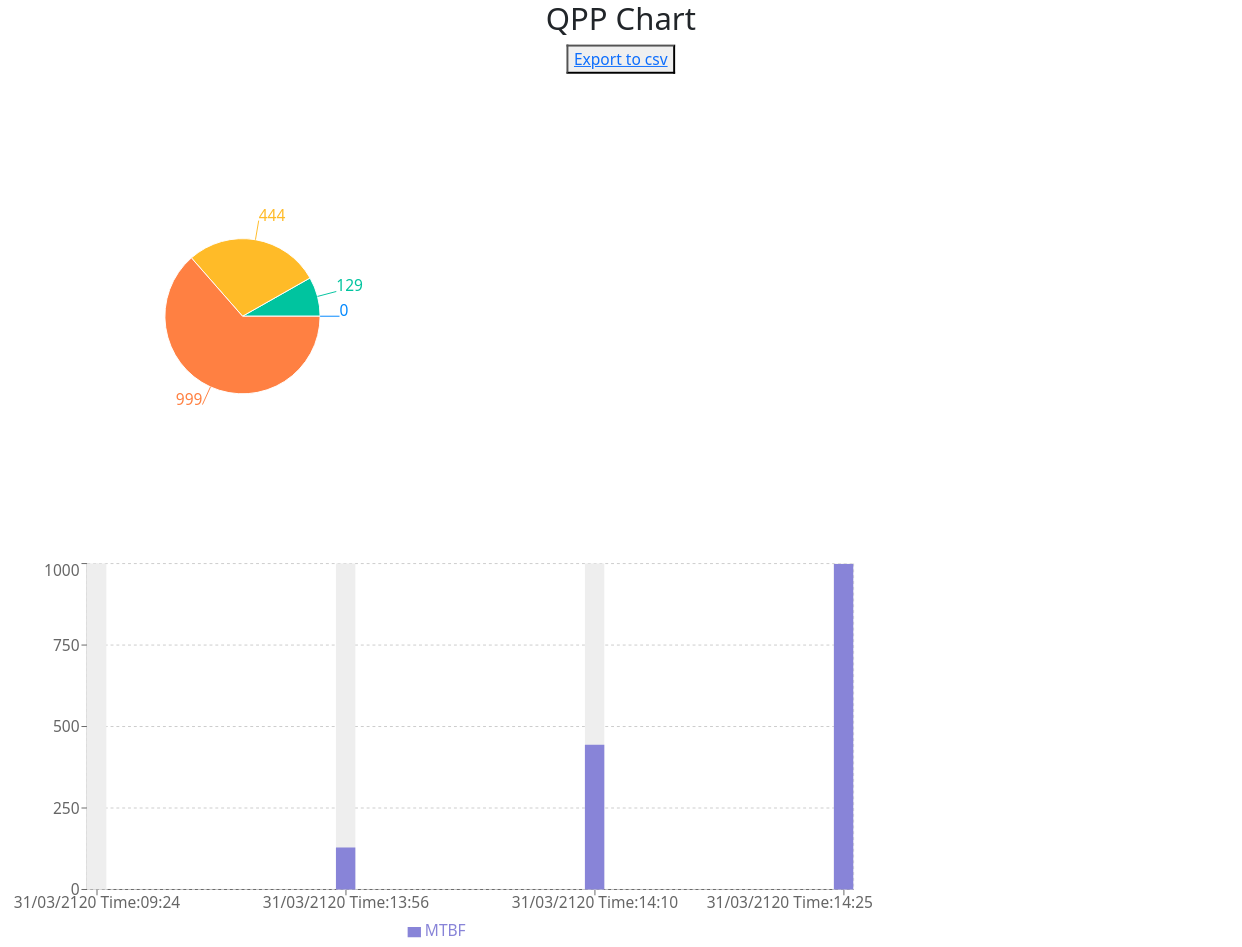
Repository: exiled-kal/ReactChartPrac
Page: /
The author's editor kept a copy of each file at every save. The page is drawn from the files as they stood at one save, then again after a run of saves.
The browser window is 1280 px wide. The pictures show the whole page, at 97% of full size.
The pointer rests on the first visible `.csv__button`.
The project was rebuilt for these pictures with package versions that can differ from the ones it lists, and the page was loaded fresh each time.

Above is the page before, as saved 2021-04-18 19:52:18.

After the next 2 saves:
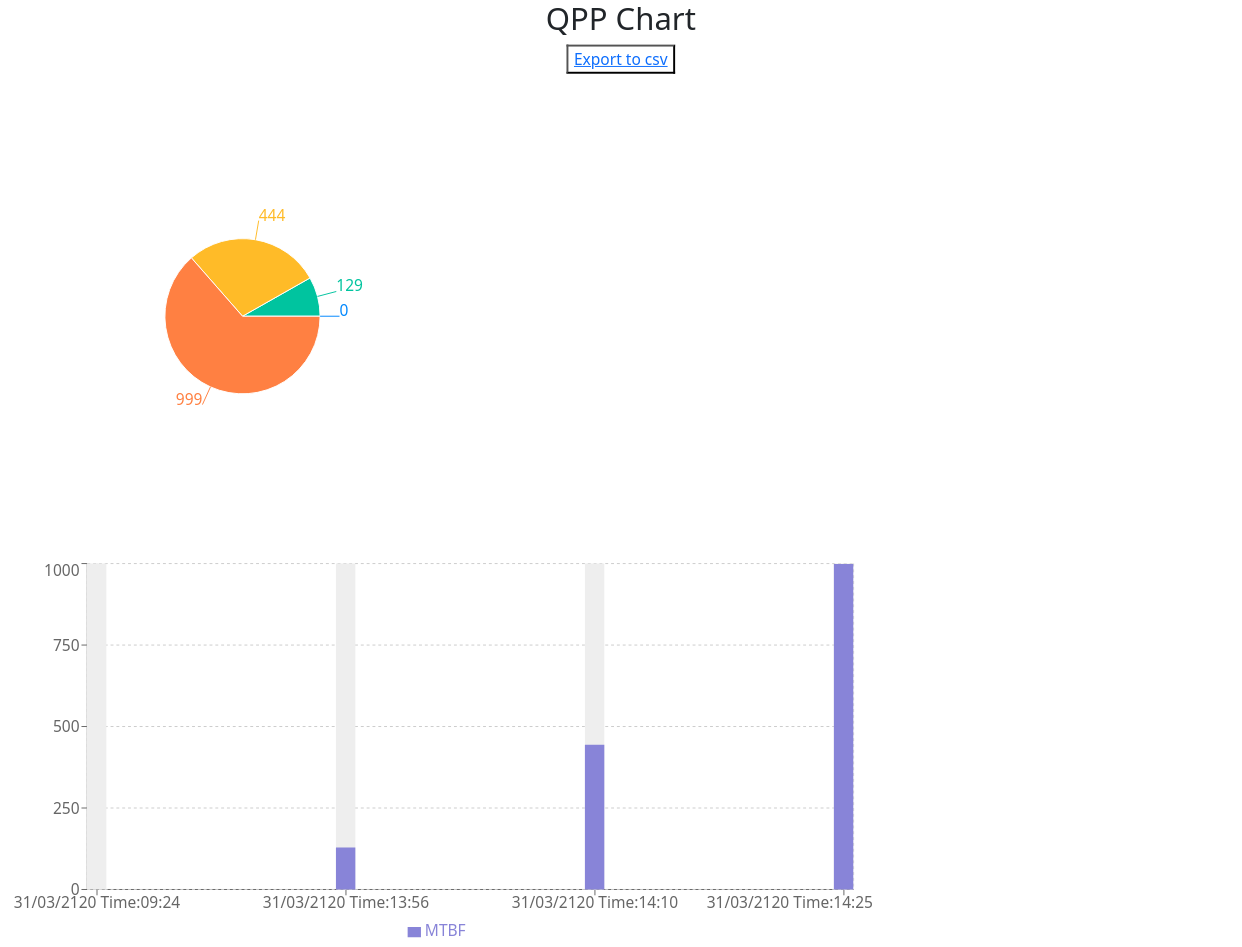
The 2 saves are shown as one change because they came seconds apart.
The last was saved 5 s later.
--- a/src/App.css
+++ b/src/App.css
@@ -8,5 +8,5 @@
 
 .csv__button:hover {
   color: darkkhaki;
-  background-color:
+  background-color: #ffff;
 }
